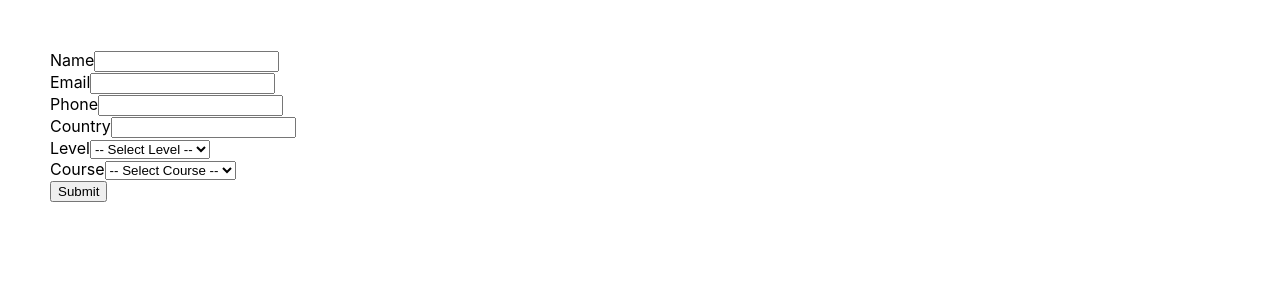
Repository: talha-mahmood/form_react
Page: /
An editor plug-in stored every save of this project. The page is shown before and after a run of saves, followed by the edit.
The browser window is 1280 px wide. The pictures show the whole page.
The project was rebuilt for these pictures with package versions that can differ from the ones it lists, and the page was loaded fresh each time.

Above is the page before, as saved 2023-03-13 15:47:37.

### public/index.html
<!DOCTYPE html>
<html lang="en">
  <head>
    <meta charset="utf-8" />
    <link rel="icon" href="%PUBLIC_URL%/favicon.ico" />
    <meta name="viewport" content="width=device-width, initial-scale=1" />
    <meta name="theme-color" content="#000000" />
    <meta
      name="description"
      content="Web site created using create-react-app"
    />

    <link rel="apple-touch-icon" href="%PUBLIC_URL%/logo192.png" />
    <!--
      manifest.json provides metadata used when your web app is installed on a
      user's mobile device or desktop. See https://developers.google.com/web/fundamentals/web-app-manifest/
    -->
    <link rel="manifest" href="%PUBLIC_URL%/manifest.json" />
    <!--
      Notice the use of %PUBLIC_URL% in the tags above.
      It will be replaced with the URL of the `public` folder during the build.
      Only files inside the `public` folder can be referenced from the HTML.

      Unlike "/favicon.ico" or "favicon.ico", "%PUBLIC_URL%/favicon.ico" will
      work correctly both with client-side routing and a non-root public URL.
      Learn how to configure a non-root public URL by running `npm run build`.
    -->
    <title>React App</title>
  </head>
  <body>
    <noscript>You need to enable JavaScript to run this app.</noscript>
    <div id="root"></div>

    <!--
      This HTML file is a template.
      If you open it directly in the browser, you will see an empty page.

      You can add webfonts, meta tags, or analytics to this file.
      The build step will place the bundled scripts into the <body> tag.

      To begin the development, run `npm start` or `yarn start`.
      To create a production bundle, use `npm run build` or `yarn build`.
    -->
  </body>
</html>

### src/App.js
import './App.css';
import React, { useState } from 'react';

const App=()=>{
  const [name, setName] = useState('');
  const [email, setEmail] = useState('');
  const [phone, setPhone] = useState('');
  const [country, setCountry] = useState('');
  const [level, setLevel] = useState('');
  const [course, setCourse] = useState('');

  const handleSubmit = (event) => {
    event.preventDefault();
    // TODO: handle form submission
  }

  return (
    <form onSubmit={handleSubmit}>
      <div>
        <label htmlFor="name">Name</label>
        <input
          type="text"
          id="name"
          value={name}
          onChange={(event) => setName(event.target.value)}
          required
        />
      </div>
      <div>
        <label htmlFor="email">Email</label>
        <input
          type="email"
          id="email"
          value={email}
          onChange={(event) => setEmail(event.target.value)}
          required
        />
      </div>
      <div>
        <label htmlFor="phone">Phone</label>
        <input
          type="tel"
          id="phone"
          value={phone}
          onChange={(event) => setPhone(event.target.value)}
          required
        />
      </div>
      <div>
        <label htmlFor="country">Country</label>
        <input
          type="text"
          id="country"
          value={country}
          onChange={(event) => setCountry(event.target.value)}
          required
        />
      </div>
      <div>
        <label htmlFor="level">Level</label>
        <select id="level" value={level} onChange={(event) => setLevel(event.target.value)} required>
          <option value="">-- Select Level --</option>
          <option value="Beginner">Beginner</option>
          <option value="Intermediate">Intermediate</option>
          <option value="Advanced">Advanced</option>
        </select>
      </div>
      <div>
        <label htmlFor="course">Course</label>
        <select id="course" value={course} onChange={(event) => setCourse(event.target.value)} required>
          <option value="">-- Select Course --</option>
          <option value="Quranic Arabic">Quranic Arabic</option>
          <option value="Tafseer">Tafseer</option>
          <option value="Hifz">Hifz</option>
        </select>
      </div>
      <button type="submit">Submit</button>
    </form>
  );
}

export default App;

### src/App.css
.App {
  text-align: center;
}

.App-logo {
  height: 40vmin;
  pointer-events: none;
}

@media (prefers-reduced-motion: no-preference) {
  .App-logo {
    animation: App-logo-spin infinite 20s linear;
  }
}

.App-header {
  background-color: #282c34;
  min-height: 100vh;
  display: flex;
  flex-direction: column;
  align-items: center;
  justify-content: center;
  font-size: calc(10px + 2vmin);
  color: white;
}

.App-link {
  color: #61dafb;
}

@keyframes App-logo-spin {
  from {
    transform: rotate(0deg);
  }
  to {
    transform: rotate(360deg);
  }
}

form{
  padding: 50px;
}

Loaded but not shown: src/index.js (common file); src/index.css (common file); src/reportWebVitals.js (common file)

After the next 3 saves:
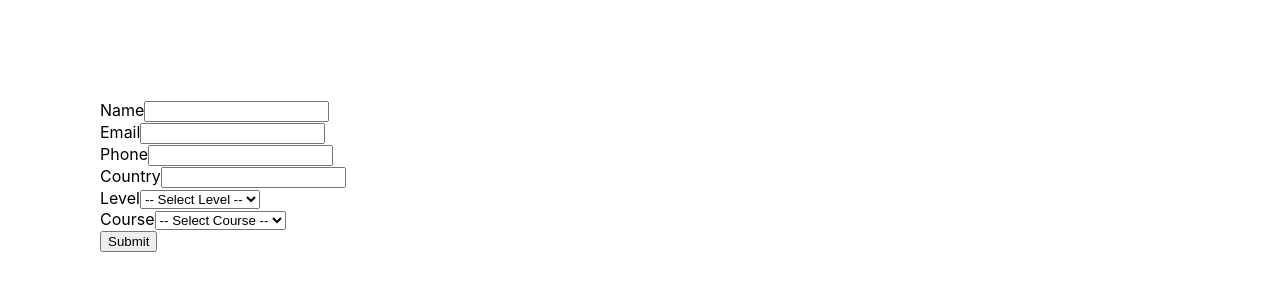
The 3 saves are shown as one change because they came seconds apart.
The last was saved 12 s later.
--- a/src/App.css
+++ b/src/App.css
@@ -39,4 +39,5 @@
 
 form{
   padding: 50px;
+  margin:50px;
 }

After the save that followed:
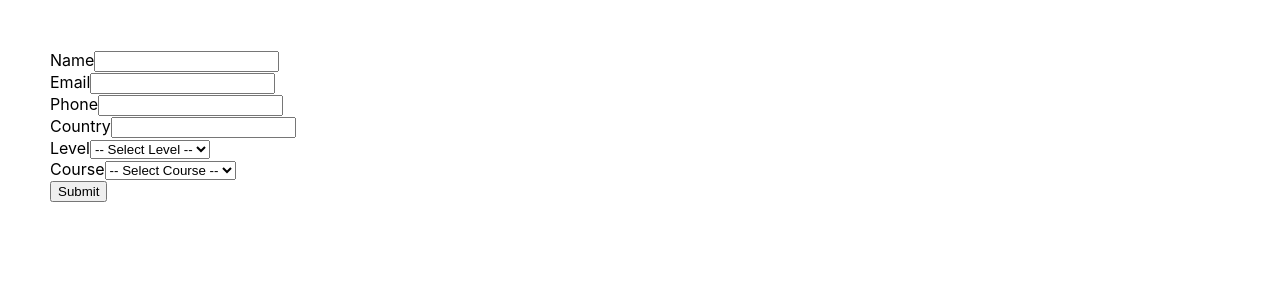
Saved 21 s later.
--- a/src/App.css
+++ b/src/App.css
@@ -39,5 +39,5 @@
 
 form{
   padding: 50px;
-  margin:50px;
+
 }
